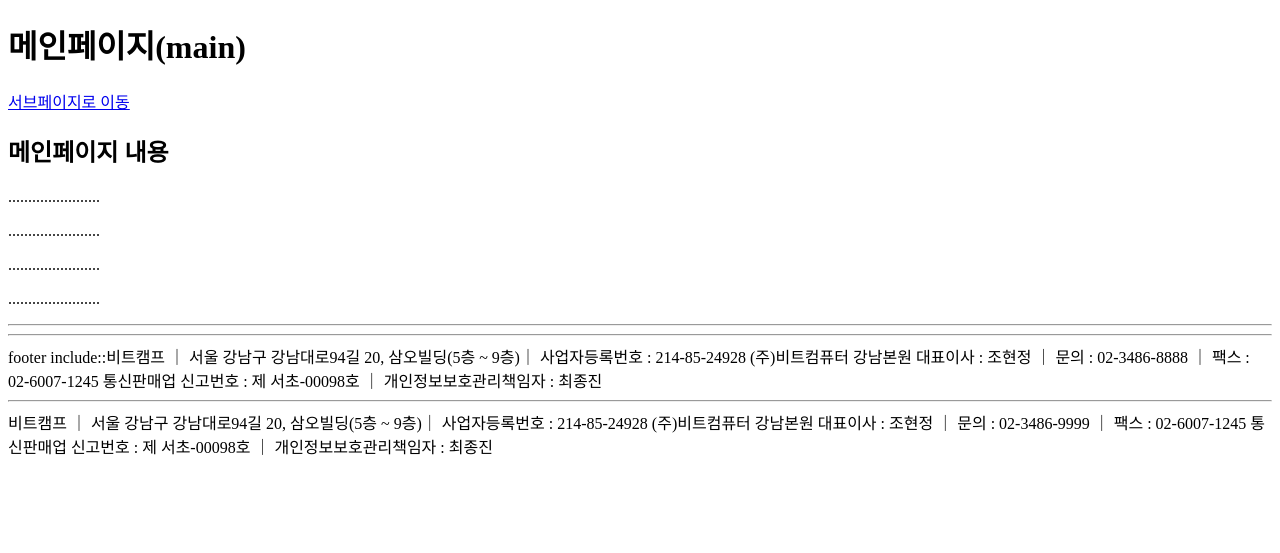
Repository: SeYoung1012/Bitcamp
Page: http://localhost/05_include/include2/main.jsp
The author's editor kept a copy of each file at every save. The page is drawn from the files as they stood at one save, then again after the next save.
The browser window is 1280 px wide. The pictures show the whole page.
The page is served by Tomcat 9.

Above is the page before, as saved 2021-09-29 02:02:31.

After the next save:
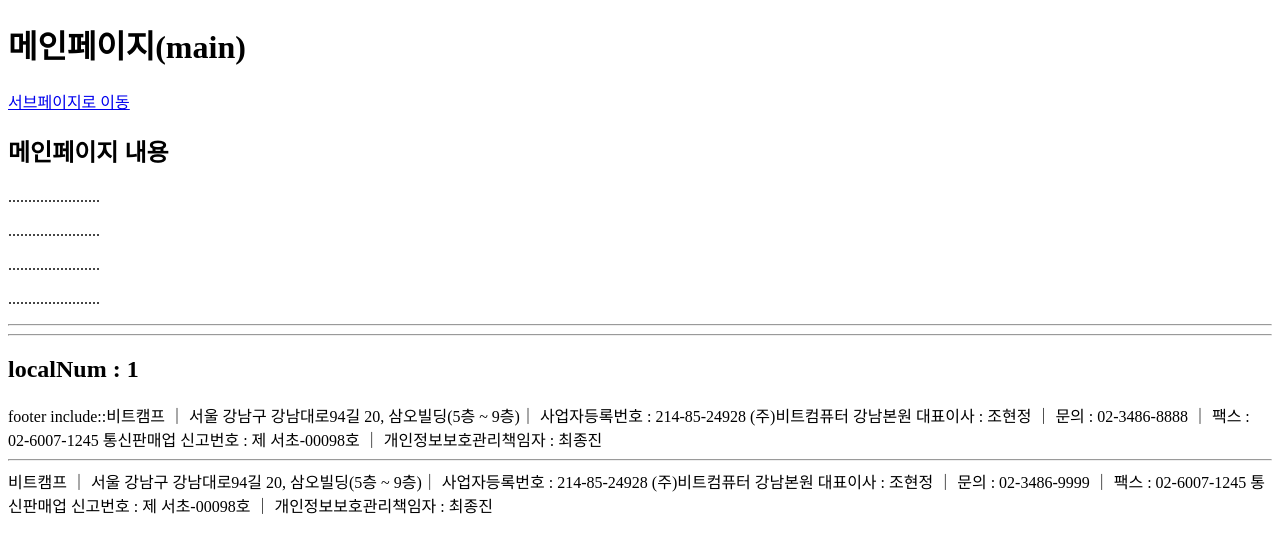
Saved 17 s later.
--- a/60_web/05_include/WebContent/include2/main.jsp
+++ b/60_web/05_include/WebContent/include2/main.jsp
@@ -18,6 +18,7 @@
 	<hr><hr>
 	<%-- 디렉티브(지시어, directive) include : 복사 & 붙여넣기 형태로 적용됨--%>
 	<%@ include file="01_declaration.jsp" %>
+	<%@ include file="02_scriptlet.jspf" %>
 
 
 	<%@ include file="footer.jsp" %>
